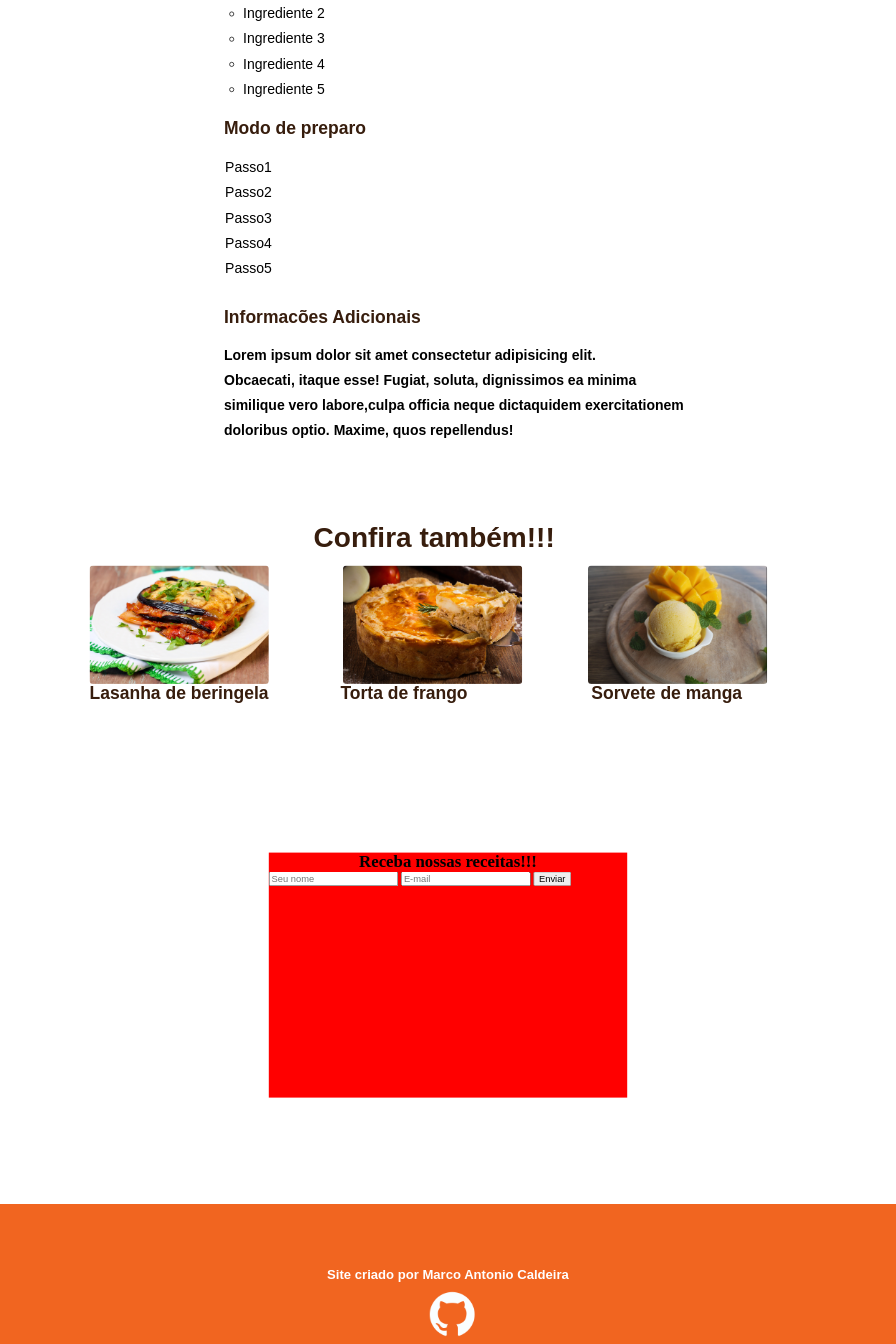
Repository: MarcoantonioCaldeira/Aprendizados-e-Conhecimentos
Page: Receitas da Casa/index.html
These files come from the project's save history. The page is drawn as it stood at one moment and after the next save; the edit follows.
The browser window is 1280 px wide. The pictures show the part of the page from y = 860 to 2780 px (the page is 2780 px tall), at 70% of full size.

Above is the page before, as saved 2022-05-31 15:40:14.

### Receitas da Casa/index.html
<!DOCTYPE html>
<html>
    <head>
    <meta charset="utf-8">
    <title>Receitas do Marco</title>
    <link rel="stylesheet" text="css" href="css/estilo.css">
    <link rel="stylesheet" text="css" href="css/fonts.css">
    <style>

    </style>
    </head>
    <body>
        <header id="topo">
            <img id="logo" src="imagens/logo.png">
            <li class="li-topo">
                <ul class="ul-topo"><a href="#topo">Home</a></ul>
                <ul class="ul-topo"><a href="#outras_receitas">Receitas</a></ul>
                <ul class="ul-topo">Contato</ul>
            </li>
        </header>
        <main id="corpo">
            <h1 class="titulo-receita">Risoto de Camarão</h1>
            <figure>
                <img class="img_receita" src="imagens/imagem_receita.jpg">
            </figure>
            <article>

                <h3 class="text_article">Ingredientes</h3>
                <ul class="text_ul">
                     <li>Ingrediente 1</li>
                     <li>Ingrediente 2</li>
                     <li>Ingrediente 3</li>
                     <li>Ingrediente 4</li>
                     <li>Ingrediente 5</li>
                </ul>

               <h3 class="text_article_2">Modo de preparo</h3>
               <li class="text_ul_2">
                   <ul>Passo1</ul>
                   <ul>Passo2</ul>
                   <ul>Passo3</ul>
                   <ul>Passo4</ul>
                   <ul>Passo5</ul>
               </li>

               <h3 class="text_article_3">Informacões Adicionais</h3>
               <h3 class="text">Lorem ipsum dolor sit amet consectetur adipisicing elit.<br>
                Obcaecati, itaque esse! Fugiat, soluta, dignissimos ea minima<br> similique vero
                labore,culpa officia neque dictaquidem exercitationem <br>doloribus optio. Maxime, quos
                repellendus!</h3>


               <h1 class="h1_informacoes">Confira também!!!</h1>
               <div id="outras_receitas">

                      <img class="img_receita1" src="imagens/lazanha_de_beringela.jpg">
                      <h3 class="h3_receita_1">Lasanha de beringela</h3>

                      <img class="img_receita2" src="imagens/torta_de_frango.jpg">
                      <h3 class="h3_receita_2">Torta de frango</h3>

                      <img class="img_receita3" src="imagens/sorvete-manga.jpg">
                      <h3 class="h3_receita_3">Sorvete de manga</h3>

               </div>

               <div id="contato">
                      <h1>Receba nossas receitas!!!</h1>

                      <input class="input_group" type="text" name="nome" placeholder="Seu nome">

                      <input class="input_group" type="text" name="email" placeholder="E-mail">

                      <button>Enviar</button>
               </div>

            </article>
        </main>
        <footer id="rodape">
            <div class="agradecimentos-rodape">
                <h3>Site criado por Marco Antonio Caldeira</h3>
                <a href="https://github.com/MarcoantonioCaldeira"><img class="logoGit" src="imagens/github_logo.png"></a>
            </div>
        </footer>
    </body>
</html>

### Receitas da Casa/css/estilo.css
* {
    margin: 0;
}

#topo{
  width: 100%;
  background-color:rgb(241, 101, 32);
  height: 80px;
}

#logo{
  width: 13%;


}

.titulo_logo{
  position: relative;
  font-family: arial;
  font-size:30px;
  color:white;
  left:-40%;
}

#corpo{
  width: 100%;
  height: 2500px;
  background-color: white;
}

.img_receita{
  position:relative;
  border-radius: 5px;
  margin-left: 25%;
  margin-top: 12%;
  width:50%;
}

#outras_receitas{
  width: 100%;
  height: 300px;
  background-color:white;
}

#contato{
  position:relative;
  background-color:red;
  width:40%;
  margin-top:10%;
  left:30%;
  height:350px;
}

.input_group{
  position:relative;
}

.img_receita1{
  position:relative;
  left:10%;
  top:6%;
  border-radius:5px;
  width:20%;
}

.img_receita2{
  position:relative;
  left: 18%;
  top:6%;
  border-radius:5px;
  width:20%;
}

.img_receita3{
  position:relative;
  left: 25%;
  top:6%;
  border-radius:5px;
  width:20%;
}


#rodape{
  background-color: rgb(241, 101, 32);
  width: 100%;
  height: 200px;
}

.agradecimentos-rodape{
  position: relative;
  top: 45%;
  color:white;
  font-family: arial;
  text-align: center;
}

.logoGit{
  position: absolute;
  width: 5%;
  left:48%;
  top: 35px;
}

### Receitas da Casa/css/fonts.css
h1{
  text-align: center;
}

.li-topo{
  position:relative;
  background-color: rgb(241, 101, 32);
  list-style: none;
  height: 40px;
  width: 30%;
  margin-left: 16%;
  margin-top: -11%;
}

.ul-topo{
  display: inline;
  font-family: arial;
  color:rgb(246, 246, 246);
  font-size:18px;
}

.titulo-receita{
  position: relative;
  font-size: 40px;
  font-family: arial;
  top:6%;
  color:rgb(55, 29, 13);
}

.text_article{
  position:absolute;
  display: inline;
  left:25%;
  margin-top: 5%;
  color:rgb(55, 29, 13);
  font-size: 25px;
  font-family: arial;
}

.text_ul{
  position:absolute;
  font-size: 20px;
  line-height: 1.8;
  list-style-type:circle;
  margin-top:9%;
  left:24%;
  display:inline-block;
  font-family: arial;
}

.text_article_2{
  position:absolute;
  display: inline;
  left:25%;
  margin-top: 25%;
  color:rgb(55, 29, 13);
  font-size: 25px;
  font-family: arial;
}

.text_ul_2{
  position:absolute;
  font-size: 20px;
  line-height: 1.8;
  list-style-type:circle;
  margin-top:29%;
  left:22%;
  display:inline-block;
  font-family: arial;
}

.text_article_3{
  position:absolute;
  display: inline;
  left:25%;
  margin-top: 46%;
  color:rgb(55, 29, 13);
  font-size: 25px;
  font-family: arial;
}

.text{
  position:absolute;
  font-size: 20px;
  line-height: 1.8;
  margin-top:50%;
  left:25%;
  display:inline-block;
  font-family: arial;
}

.h1_informacoes{
  position: relative;
  font-size: 40px;
  font-family: arial;
  left:35%;
  margin-top:70%;
  display:inline-block;
  color:rgb(55, 29, 13);
}

.h3_receita_1{
  position:absolute;
  font-family: arial;
  color:rgb(55, 29, 13);
  font-size: 25px;
  left: 10%;
  margin-top:1%;
}

.h3_receita_2{
  position:absolute;
  font-family: arial;
  color:rgb(55, 29, 13);
  left:38%;
  font-size: 25px;
  margin-top: 1%;
}

.h3_receita_3{
  position:absolute;
  font-family: arial;
  color:rgb(55, 29, 13);
  left:66%;
  font-size: 25px;
  margin-top: 1%;
}

After the next save:
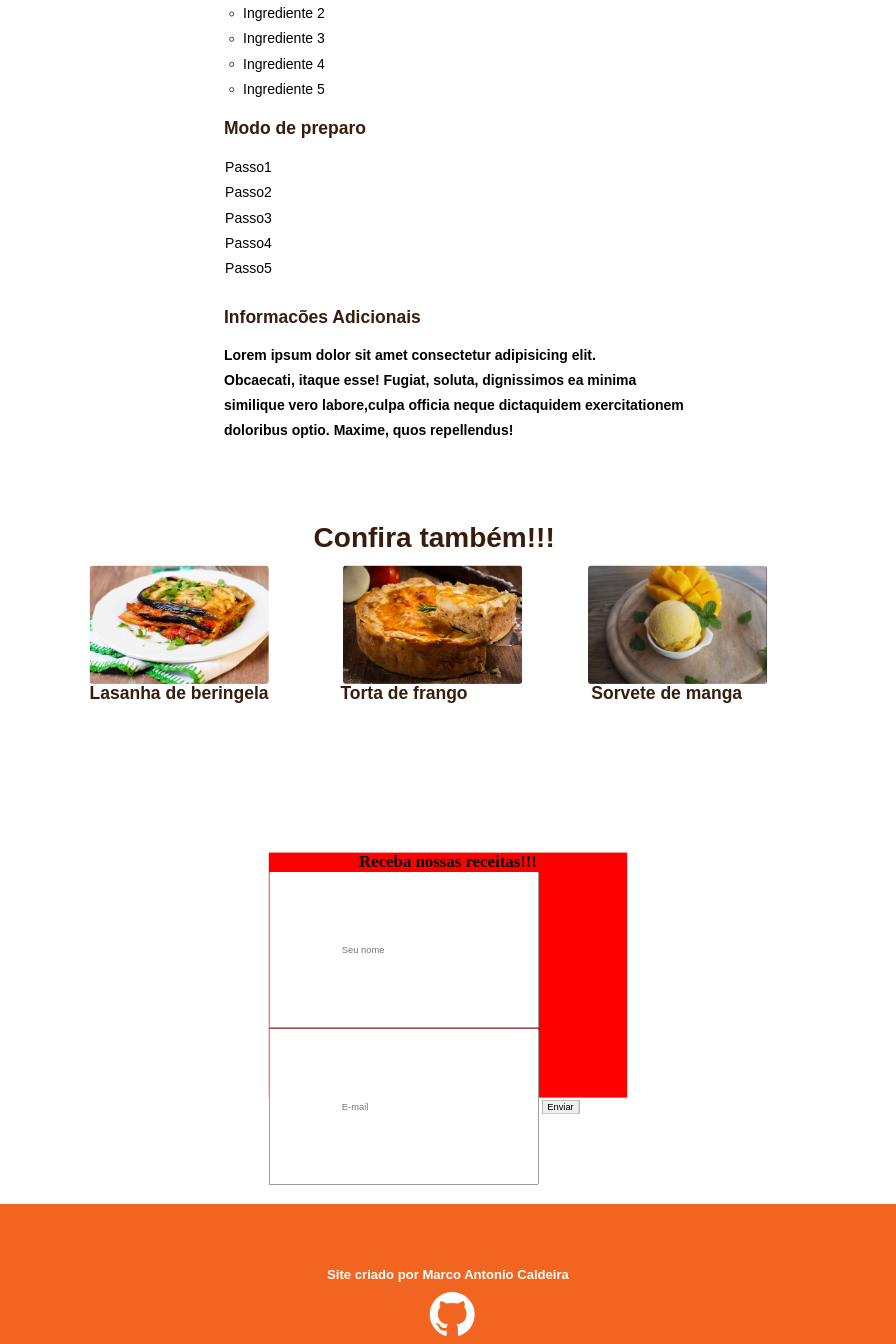
Saved 26 s later.
--- a/Receitas da Casa/css/estilo.css
+++ b/Receitas da Casa/css/estilo.css
@@ -53,6 +53,7 @@
 
 .input_group{
   position:relative;
+  padding:20%;
 }
 
 .img_receita1{
